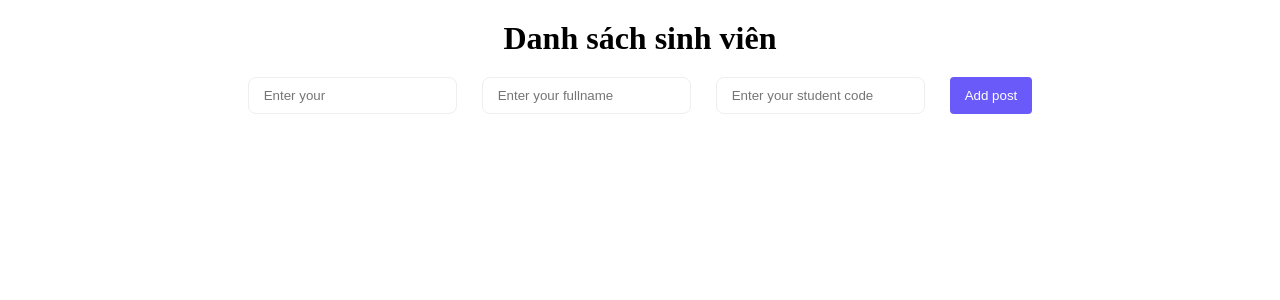
Repository: doquang195/demo-api
Page: indext.html
An editor plug-in stored every save of this project. The page is shown before and after the next save, followed by the edit.
The browser window is 1280 px wide. The pictures show the whole page.

Above is the page before, as saved 2023-10-04 21:46:09.

### indext.html
<!DOCTYPE html>
<html lang="en">
    <head>
        <meta charset="UTF-8" />
        <meta name="viewport" content="width=device-width, initial-scale=1.0" />
        <link rel="stylesheet" href="./reset.css" />
        <link rel="stylesheet" href="./style.css" />
        <title>Demo Rest API</title>
    </head>
    <body>
        <div>
            <h2 class="heading">Danh sách sinh viên</h2>
            <div id="list-courses"></div>
        </div>
        <form action="" class="form-post" method="post">
            <input
                type="text"
                name="image"
                placeholder="Enter your "
            />
            <input type="text" name="name" placeholder="Enter your fullname" />
            <input
                type="text"
                name="author"
                placeholder="Enter your student code"
            />
            <button type="submit">Add post</button>
        </form>
        <script src="./app.js"></script>
    </body>
</html>

### reset.css
html {
    box-sizing: border-box;
}
* {
    margin: 0;
    padding: 0;
}
*,
*:before,
*:after {
    box-sizing: border-box;
}
input,
textarea,
select,
button {
    outline: none;
}
input {
    line-height: normal;
}
label,
button {
    cursor: pointer;
}
a {
    text-decoration: none;
}
img {
    display: block;
    max-width: 100%;
}

### style.css
.heading {
    font-size: 32px;
    text-align: center;
    padding: 20px;
}

.form-post {
    display: flex;
    justify-content: center;
    gap: 0 25px;
}

.form-post input {
    padding: 10px 15px;
    border: 1px solid #eee;
    border-radius: 8px;
}

.form-post button {
    background-color: #6a5af9;
    color: white;
    border: 0;
    outline: none;
    padding: 10px 15px;
    border-radius: 4px;
}

### app.js
// let coursesAPI = "http://localhost:3000/courses";

// function start() {
//     getCourses(renderCourses);
//     handleCreateForm();
// }

// start();

// function getCourses(callback) {
//     fetch(coursesAPI)
//         .then((res) => res.json())
//         .then(callback);
// }

// function createCourse(data, callback) {
//     let options = {
//         method: "POST",
//         headers: {
//             "Content-Type": "application/json",
//         },
//         body: JSON.stringify(data),
//     };
//     fetch(coursesAPI, options)
//         .then((res) => res.json())
//         .then(callback);
// }

// function handleDeleteCourse(id) {
//     let options = {
//         method: "DELETE",
//         headers: {
//             "Content-Type": "application/json",
//         },
//     };
//     fetch(coursesAPI + "/" + id, options)
//         .then((res) => res.json())
//         .then(function () {
//             const courseItem = document.querySelector(".course-" + id);
//             if (courseItem) {
//                 courseItem.remove();
//             }
//         });
// }

// function renderCourses(courses) {
//     let listCourses = document.querySelector("#list-courses");
//     const htmls = courses.map(function (course) {
//         return `
//             <div class="course-${course.id}" style="width: 300px, height: 300px">
//                 <h4>${course.name}</h4>
//                 <p>${course.description}</p>
//                 <button onclick="handleDeleteCourse(${course.id})">Xoa</button>
//             </div>`;
//     });
//     listCourses.innerHTML = htmls;
// }

// function handleCreateForm() {
//     const createBtn = document.querySelector("#create");
//     createBtn.onclick = function () {
//         const name = document.querySelector('input[name="name"]').value;
//         const description = document.querySelector(
//             'input[name="description"]'
//         ).value;
//         const formData = {
//             name: name,
//             description: description,
//         };
//         createCourse(formData, function () {
//             getCourses(renderCourses);
//         });
//     };
// }
const student = {
    image: "",
    studentCode: "",
    name: "",
};

// async function addPost(title, author) {
//     const response = await fetch("http://localhost:3000/courses", {
//         method: "POST",
//         body: JSON.stringify({
//             title,
//             author,
//         }),
//         headers: {
//             "Content-type": "application/json; charset=UTF-8",
//         },
//     });
//     return response;
// }

// const formPost = document.querySelector(".form-post");
// formPost.addEventListener("submit", function (e) {
//     e.preventDefault();
//     const title = this.elements["title"].value;
//     const author = this.elements["author"].value;
//     addPost(title, author);
// });

After the next save:
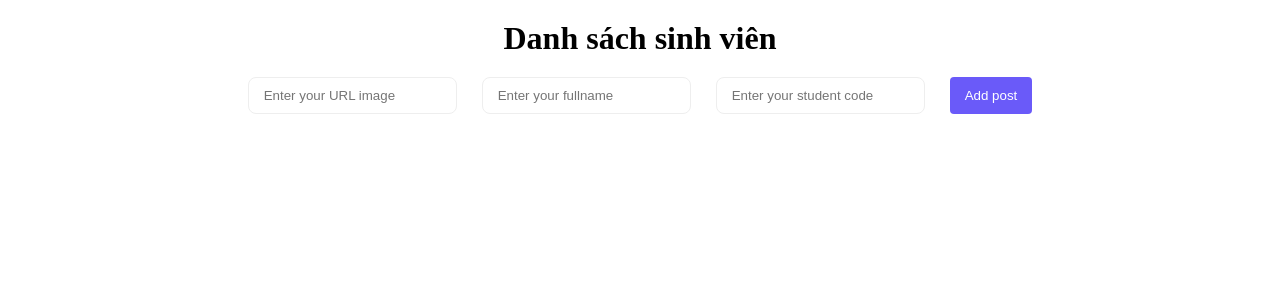
Saved 6 s later.
--- a/indext.html
+++ b/indext.html
@@ -16,7 +16,7 @@
             <input
                 type="text"
                 name="image"
-                placeholder="Enter your "
+                placeholder="Enter your URL image"
             />
             <input type="text" name="name" placeholder="Enter your fullname" />
             <input
